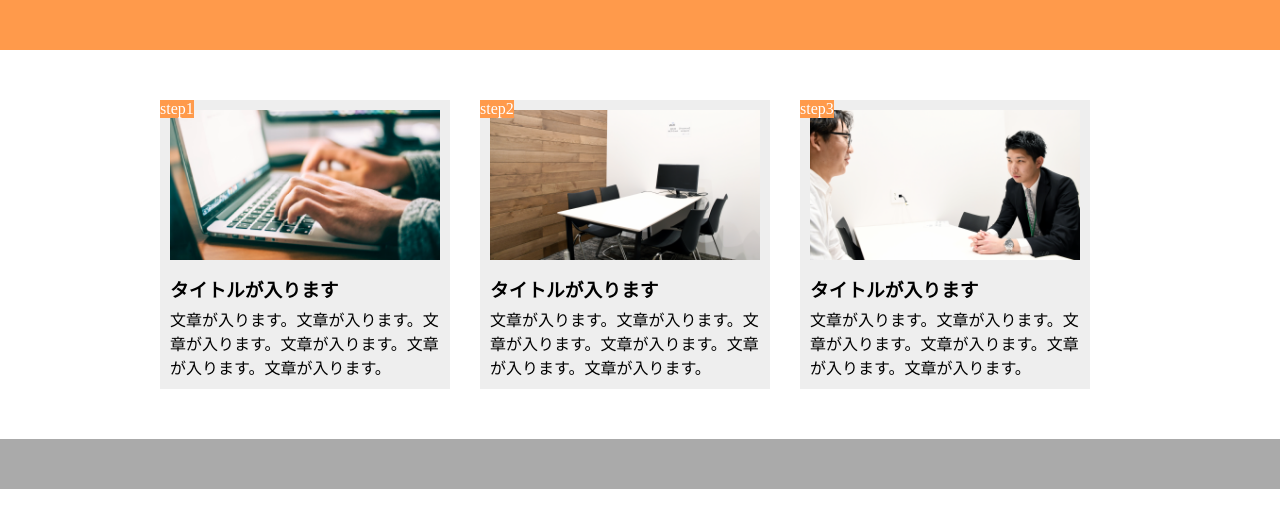
Repository: Yuki-Kawagoe/chapter4
Page: chapter9/index.html
The author's editor kept a record of every edit. The page is drawn from the files as they stood at one moment, then again after the next edit.
The browser window is 1280 px wide. The pictures show the whole page.

Above is the page before.

### chapter9/index.html
<!DOCTYPE html>
 <html lang="ja">
 <head>
  <meta charset="UTF-8">
  <link rel="stylesheet" href="style.css" />
  <title>Chapter9</title>
 </head>

 <body>
   <header></header>


   <main>
    <div class="step-box">
      <div class="step-img1"></div>
       <span class="step-num">step1</span>
        <h3 class="box-title">タイトルが入ります</h3>
          <p class="box-text">
           文章が入ります。文章が入ります。文章が入ります。文章が入ります。文章が入ります。文章が入ります。</p>
    </div>

    <div class="step-box">
      <div class="step-img2"></div>
       <span class="step-num">step2</span>
        <h3 class="box-title">タイトルが入ります</h3>
          <p class="box-text">
           文章が入ります。文章が入ります。文章が入ります。文章が入ります。文章が入ります。文章が入ります。</p>
    </div>

    <div class="step-box">
      <div class="step-img3"></div>
       <span class="step-num">step3</span>
        <h3 class="box-title">タイトルが入ります</h3>
          <p class="box-text">
           文章が入ります。文章が入ります。文章が入ります。文章が入ります。文章が入ります。文章が入ります。</p>
    </div>
   </main>

   <footer></footer>

 </body>

 </html>

### chapter9/style.css
* {
  margin: 0px;
  padding: 0px;
  box-sizing: border-box;
}

header {
  height: 50px;
  background-color: #FF9A4B
}

main {
  width: 960px;
  margin: 50px auto;
  display: flex;

}

.step-box {
  width: 300px;
  padding: 10px;
  margin-right: 30px;
  background-color: #EEEEEE;
  position: relative;
}

.step-img1 {
  height: 150px;
  background-image: url(img/flow01.png);
  background-position: bottom;
  background-size: cover;
}

.step-img2 {
  height: 150px;
  background-image: url(img/flow02.png);
  background-position: bottom;
  background-size: cover;
}


.step-img3 {
  height: 150px;
  background-image: url(img/flow03.png);
  background-position: bottom;
  background-size:cover;
}

.step-num {
  position: absolute;
  top:0;
  left:0;
  background-color: #ff9a4b;
  color: #fff;
}

.box-title {
  margin:15px 0 5px;
}

footer {
  width: 100%;
  height: 50px;
  background-color: #AAAAAA
}

After the next edit:
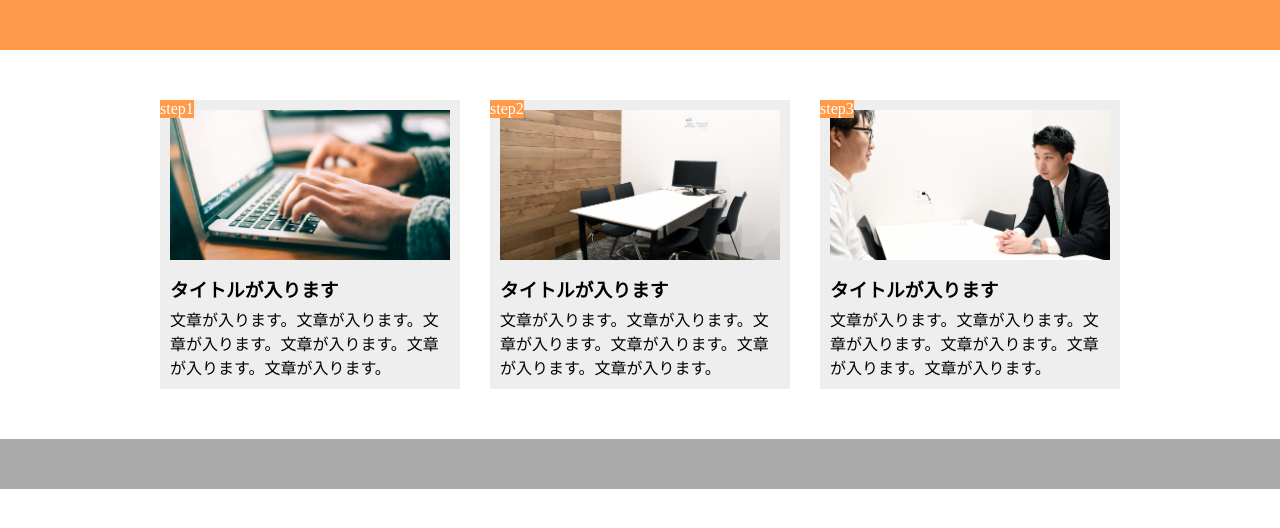
The edit:
--- a/chapter9/style.css
+++ b/chapter9/style.css
@@ -58,6 +58,10 @@
   margin:15px 0 5px;
 }
 
+.step-box:last-child {
+  margin-right: 0;
+}
+
 footer {
   width: 100%;
   height: 50px;

After the 2 edits that followed:
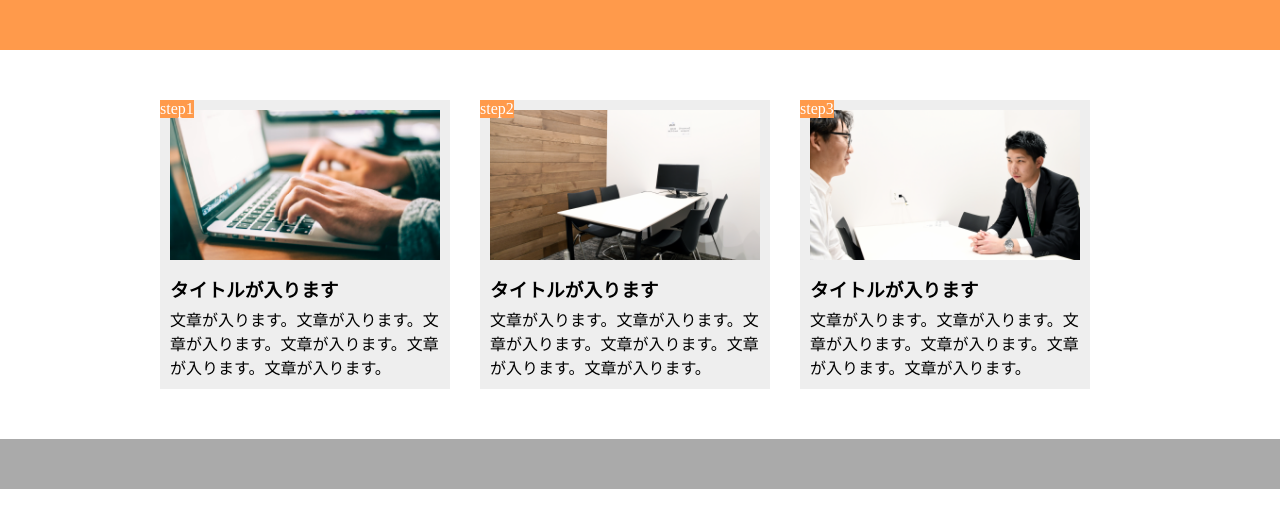
The 2 edits are shown as one change because 1 left the picture as it was.
The edit:
--- a/chapter9/style.css
+++ b/chapter9/style.css
@@ -58,8 +58,11 @@
   margin:15px 0 5px;
 }
 
-.step-box:last-child {
-  margin-right: 0;
+
+.box-text {
+  display:block;
+
+
 }
 
 footer {
